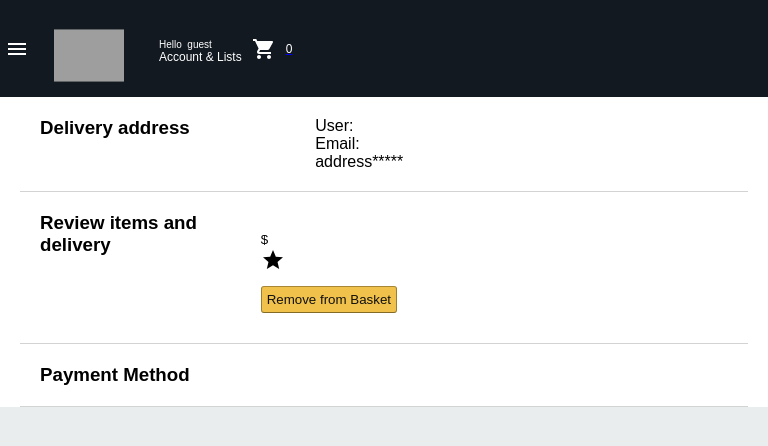
Repository: pinocoding/my-amazon-app
Page: /payment
These files come from the project's save history. The page is drawn as it stood at one moment and after the next save; the edit follows.
The browser window is 768 px wide. The pictures show the whole page.
Pictures or frames that could not be fetched are drawn as grey boxes. The page's requests for data from a server got no answer. Some web fonts or font styles are not loaded; a fallback is used. The project was rebuilt for these pictures with package versions that can differ from the ones it lists, and the page was loaded fresh each time. No one was signed in, and anything a server would have sent is missing. Also part of the build but not shown: src/components/Admin/admin.css, src/components/Admin/Admin.js, src/components/AuthForm/AuthStyle.css, src/components/AuthForm/AuthForm.js, src/components/Pagination/Paginationbutton.js, src/components/Products/IndividualProduct.js, src/components/Products/Product.css, src/components/Products/ProductCard.js and 30 more.

Above is the page before, as saved 2022-07-29 15:15:48.

After the next save:
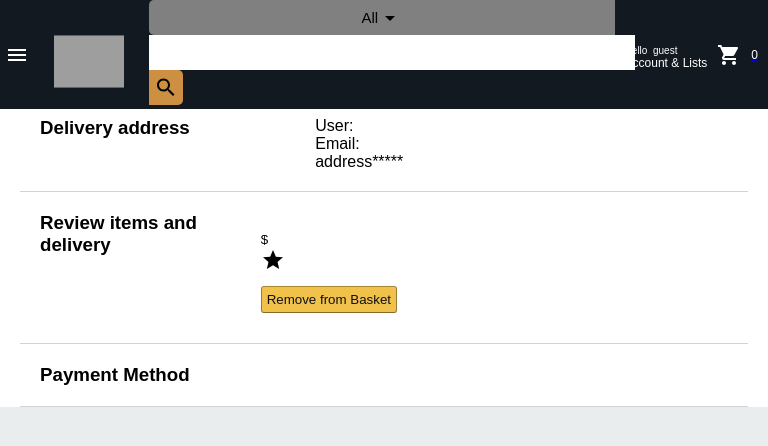
Saved 21 s later.
--- a/src/components/Header/Header.css
+++ b/src/components/Header/Header.css
@@ -283,11 +283,11 @@ font-size: 10px;
   }
   .header__search {
 
-    display:none;
-
-
-}
-
-
-
-}
+    display:block;
+
+
+}
+
+
+
+}
